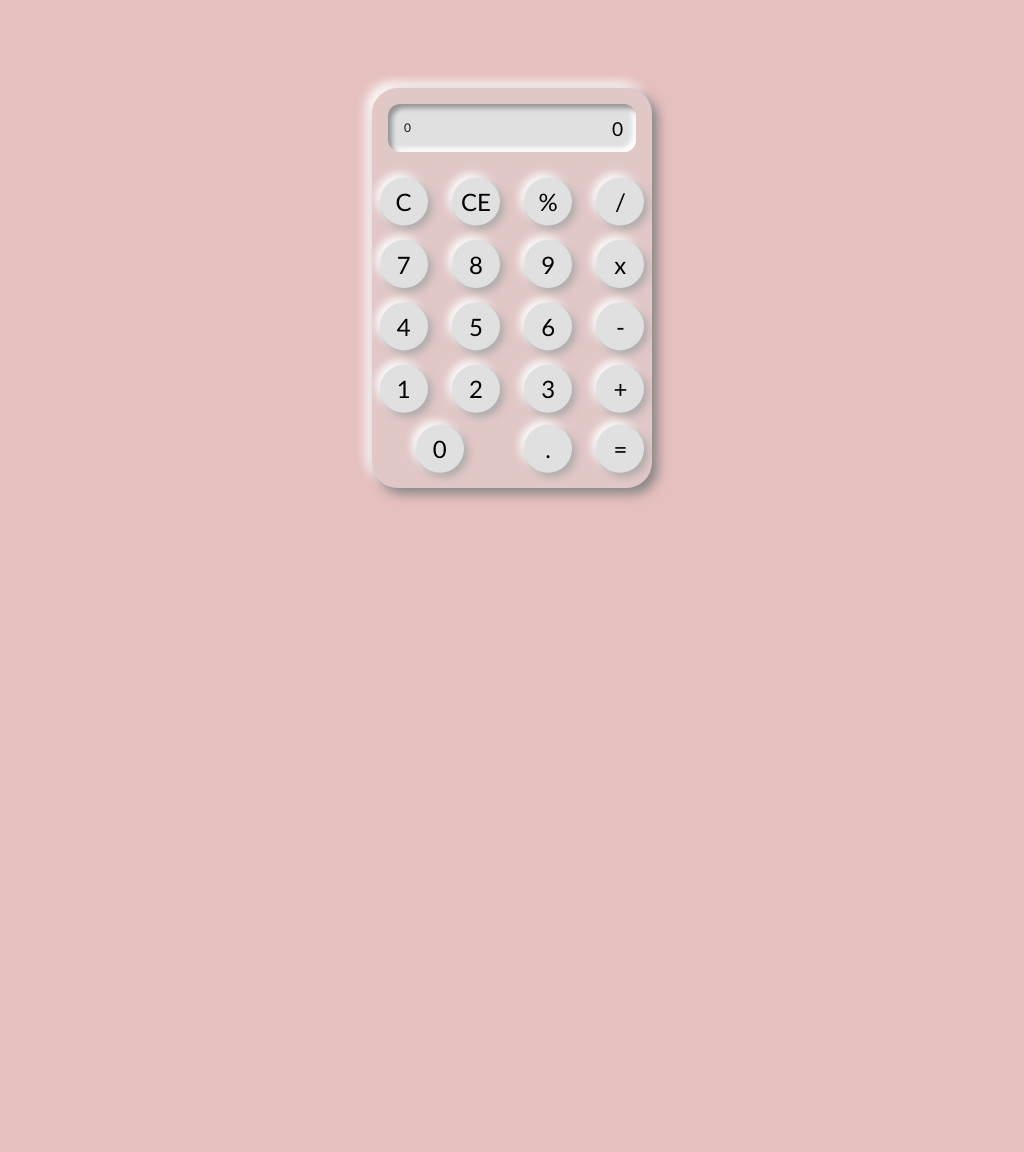
Repository: Goldmyn/Calculator
Page: index.html
The author's editor kept a copy of each file at every save. The page is drawn from the files as they stood at one save, then again after the next save.
The browser window is 1280 px wide. The pictures show the whole page, at 80% of full size.

Above is the page before, as saved 2022-09-28 04:28:20.

After the next save:
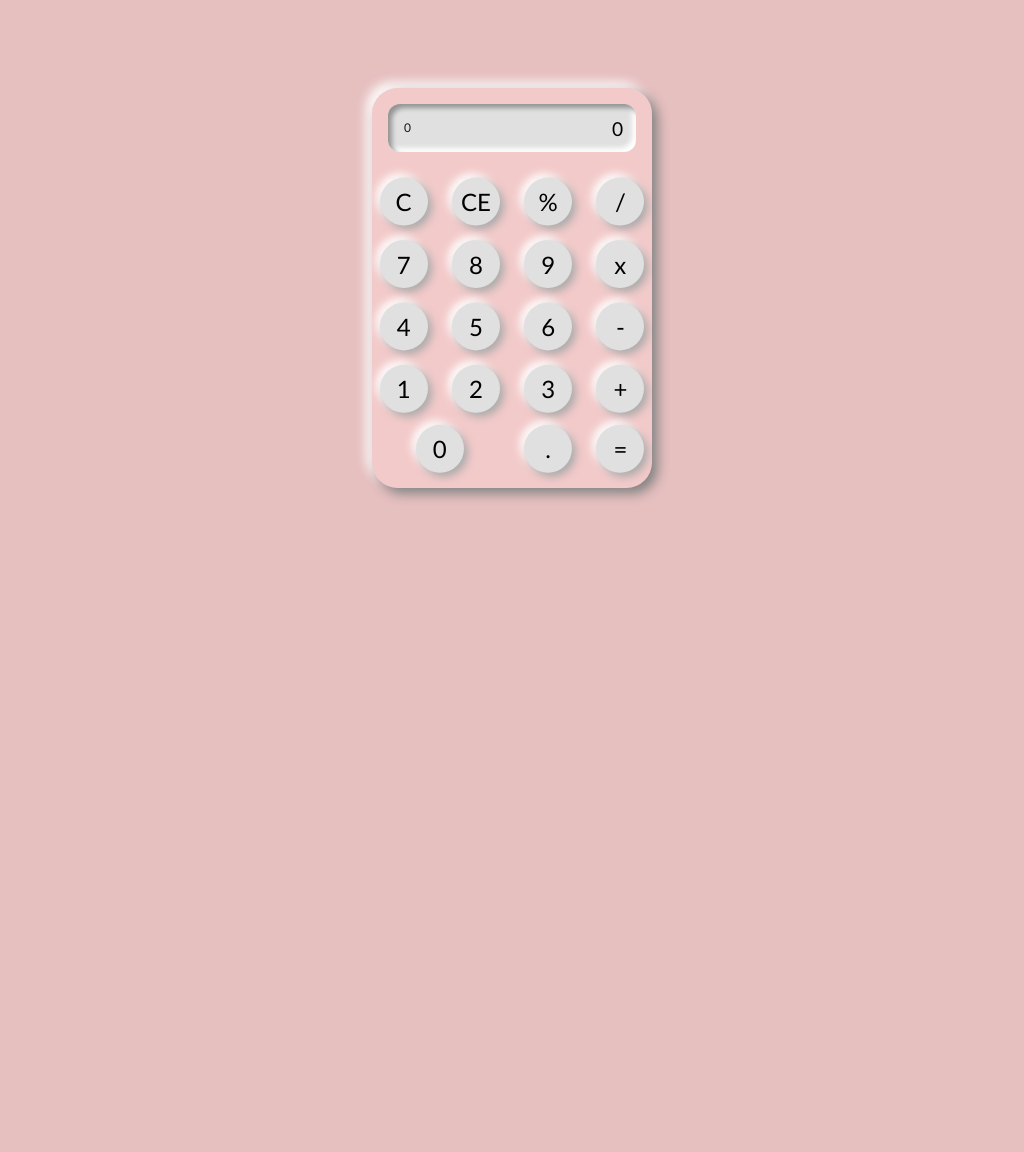
Saved 4 s later.
--- a/index.css
+++ b/index.css
@@ -20,7 +20,7 @@
     height: 500px;
     max-width: 350px;
     border-radius: 32px;
-    background: #e2c7c7;
+    background: #f3caca;
     box-shadow: 7px 7px 14px #828282, -7px -7px 14px #ffffff;
     overflow: hidden;
   }

After the save that followed:
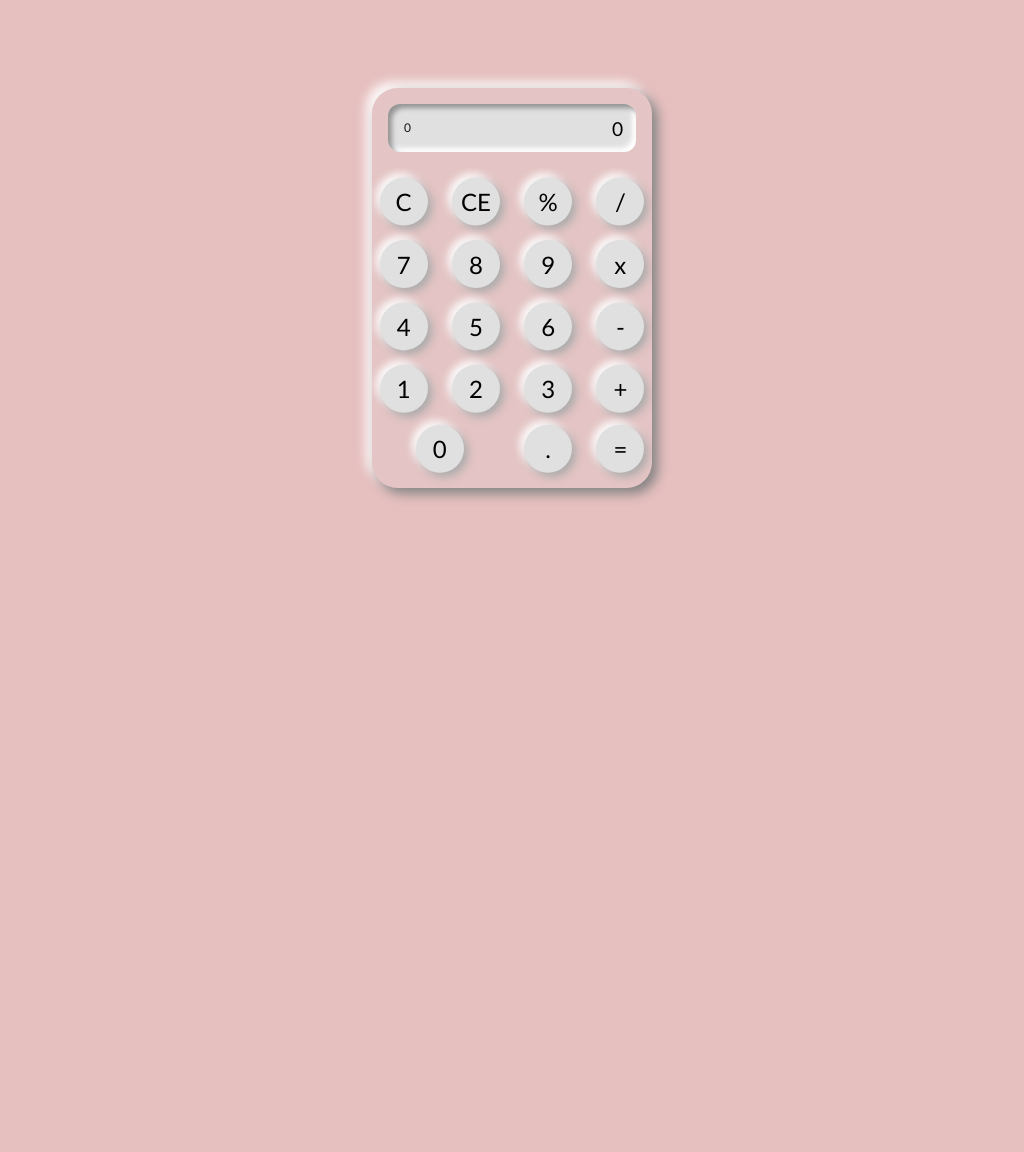
Saved 7 s later.
--- a/index.css
+++ b/index.css
@@ -20,7 +20,7 @@
     height: 500px;
     max-width: 350px;
     border-radius: 32px;
-    background: #f3caca;
+    background: #e4c4c4;
     box-shadow: 7px 7px 14px #828282, -7px -7px 14px #ffffff;
     overflow: hidden;
   }
